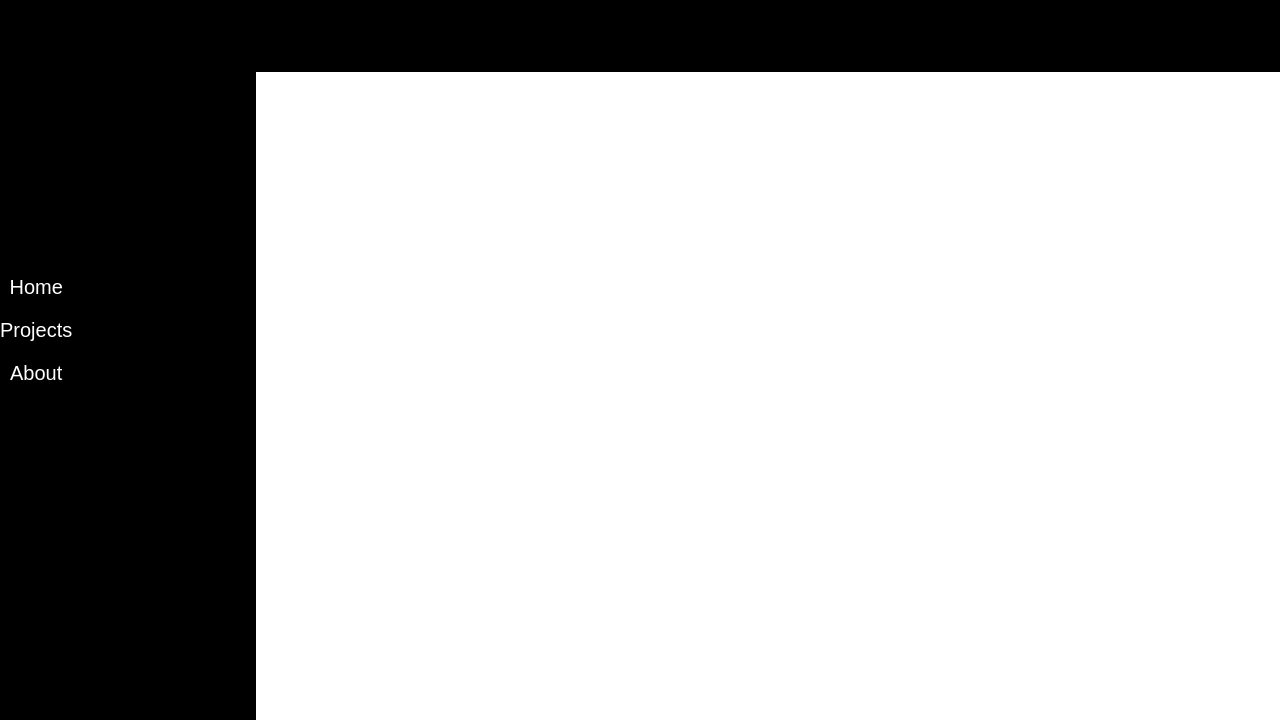
Repository: josephinel6/josephinel6.github.io
Page: index.html
The author's editor kept a copy of each file at every save. The page is drawn from the files as they stood at one save, then again after the next save.
The browser window is 1280 px wide. The pictures show the whole page.

Above is the page before, as saved 2023-04-04 10:34:08.

After the next save:
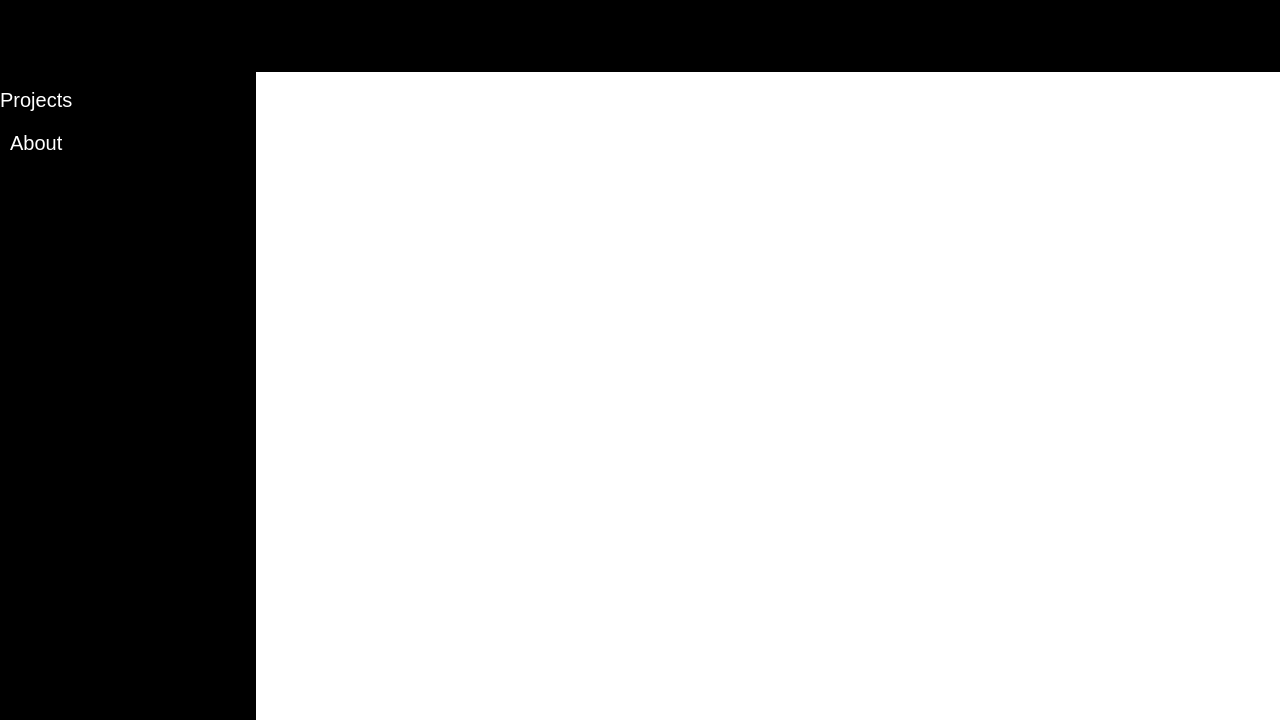
Saved 4 s later.
--- a/index.html
+++ b/index.html
@@ -50,7 +50,7 @@
 
 <body>
     <div id="menu">
-        <div style="margin-top: 100%; position:absolute">
+        <div style="margin-top: 10%; position:absolute">
             <CENTER>
                 <p class="menutext"> Home </p>
                 <p class="menutext"> Projects </p>
